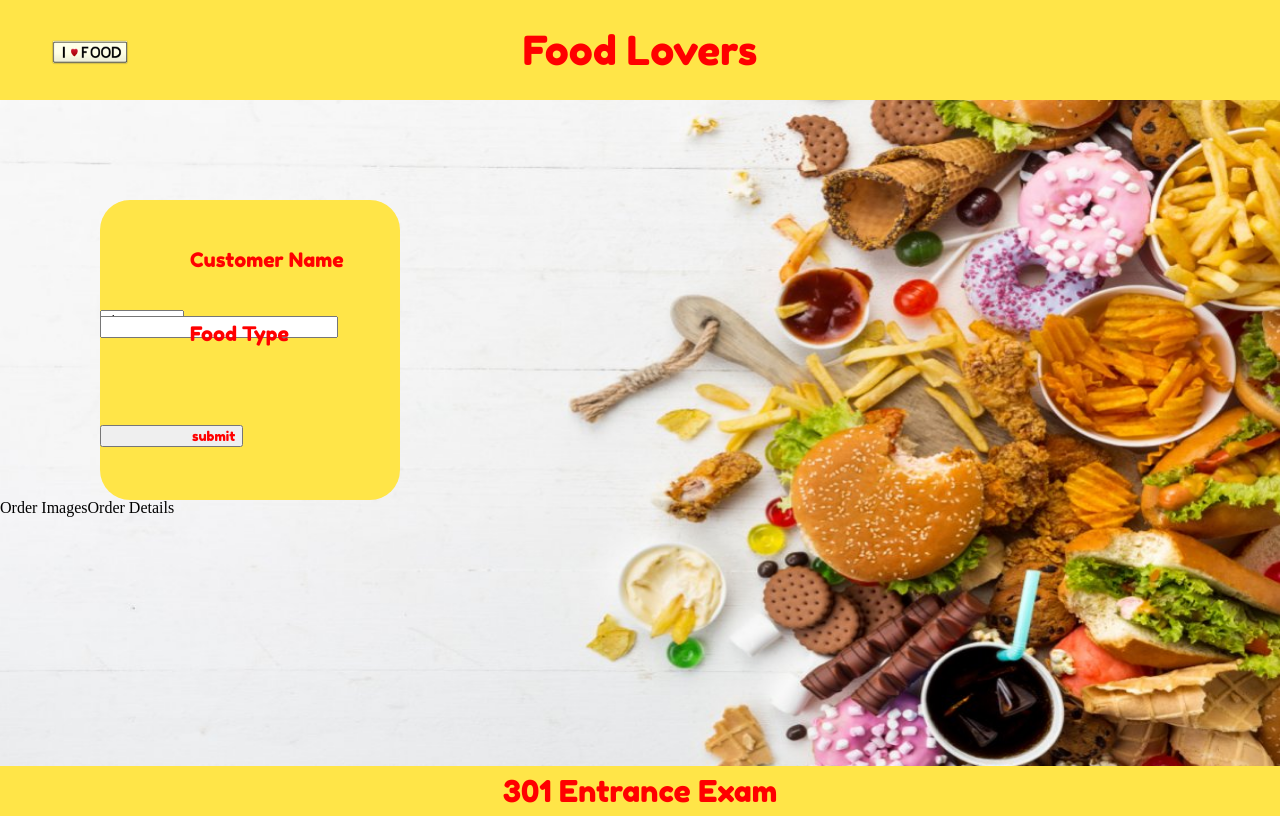
Repository: Razan-am/foodLovers
Page: index.html
These files come from the project's save history. The page is drawn as it stood at one moment and after a run of saves; the edit follows.
The browser window is 1280 px wide. The pictures show the whole page.

Above is the page before, as saved 2021-06-01 11:16:59.

### index.html
<!DOCTYPE html>
<html lang="en">

<head>
    <meta charset="UTF-8">
    <meta http-equiv="X-UA-Compatible" content="IE=edge">
    <meta name="viewport" content="width=device-width, initial-scale=1.0">
    <title>Food Lovers</title>
    <link rel="preconnect" href="https://fonts.gstatic.com">
    <link href="https://fonts.googleapis.com/css2?family=Fredoka+One&display=swap" rel="stylesheet">
    <link rel="stylesheet" href="css/reset.css">
    <link rel="stylesheet" href="css/style.css">
</head>

<body>
    <header>
        <h1>Food Lovers</h1>
        <img src="images/css images/logo.png" alt="logo">
    </header>
    <main>
        <form action="" id="myForm">
            <fieldset>
                <label for="name">Customer Name</label>
                <br/><br/>
                <input type="text" id="name" name="name">
                <br/><br/>
                <label for="food">Food Type</label>
                <br/><br/>
                <select name="food" id="food">
                    <option value="shawarma">shawarma</option>
                    <option value="pizza">pizza</option>
                    <option value="burger">burger</option>
                </select>
                <br/><br/>
                <input type="submit" value="submit">
            </fieldset>
        </form>
        <table id="myTable">
            <tr>
                <th>Order Images</th>
                <th>Order Details</th>
            </tr>
        </table>
        <img src="images/css images/background.jpg" alt="backGround">
    </main>
    <footer>
        <p>301 Entrance Exam </p>
    </footer>
    <script src="js/app.js"></script>
</body>

</html>

### css/style.css
*{
    box-sizing: border-box;
}
header{
    background-color: rgba(255, 229, 72, 255);
    height: 100px;
}
h1{
    font-family: 'Fredoka One', cursive;
    color: red;
    text-align: center;
    font-size: 40px;
    font-weight: lighter;
    padding-top: 30px;
}

header img{
    top: 2px;
    left: 30px;
    position: absolute;
    width: 120px;
    height: 100px;
}
main img{
    top: 50px;
    position: absolute;
    z-index: -1;
    width: 100%;
    height: 100%;
}
form{
    display: inline-block;
    background-color:  rgba(255, 229, 72, 255);
    margin-top: 100px;
    margin-left: 100px;
    width: 300px;
    height: 300px;
    border-radius: 30px;
}
form label{
    top: 50px;
    position: relative;
    padding-left: 90px;
    font-size: 20px;
    color: red;
    font-family: 'Fredoka One', cursive;
}
form input{
    top: 80px;
    position: relative;
    padding-left: 90px;
    /* font-size: 20px; */
    color: red;
    font-family: 'Fredoka One', cursive;
}
table img{
    width: 50px;
    height: 50px;
}
table p{
    color: black;
    font-family: 'Fredoka One', cursive;
}
footer{
    background-color: rgba(255, 229, 72, 255);
    margin-top: 250px;
    height: 50px;
}
footer p{
    text-align: center;
    color: red;
    font-size: 30px;
    padding-top: 10px;
    font-family: 'Fredoka One', cursive;
}

### js/app.js
'use strict';

let myForm = document.getElementById('myForm');
let myTable = document.getElementById('myTable');


let mainArr = [];
function Foods(userName,foodType){
    this.userName=userName;
    this.foodType=foodType;
    this.img=`images/${foodType}.jpg`
    mainArr.push(this);
}
console.log(mainArr);

myForm.addEventListener('submit',handleEvent);
function handleEvent(event){
    event.preventDefault();

    let userName = event.target.name.value;
    let foodType = event.target.food.value;
    console.log(foodType);
    new Foods(userName,foodType);
    setting();
    render();
}

function randomNumber(min,max){
    min = Math.ceil(min);
    max = Math.floor(max);
    return Math.floor(Math.random() * (max - min) + min)
}

function render(){
    let tBody = document.createElement('tr');
    myTable.appendChild(tBody);

    for (let index = 0; index < mainArr.length; index++) {
        tBody.textContent='';

        let td1 = document.createElement('td');
        tBody.appendChild(td1);

        let imgEl = document.createElement('img');
        td1.appendChild(imgEl);
        imgEl.setAttribute('src', mainArr[index].img);

        let td2 = document.createElement('td');
        tBody.appendChild(td2);

        let pEl1 = document.createElement('p');
        td2.appendChild(pEl1);
        pEl1.textContent=`Customer Name:${mainArr[index].userName}`;
        let pEl2 = document.createElement('p');
        td2.appendChild(pEl2);
        pEl2.textContent=`Food Type:${mainArr[index].foodType}`;
        let pEl3 = document.createElement('p');
        td2.appendChild(pEl3);
        pEl3.textContent=`Food Price:${randomNumber(1,100)}`;


    }
}

function setting(){
    let data = JSON.stringify(mainArr);
    localStorage.setItem('information',data);
}

function getting(){
    let stringObj = localStorage.getItem('information');
    let normalObj = JSON.parse(stringObj);

    if(normalObj !== null){
        mainArr = normalObj;
    }
    render();
}
getting();

Loaded but not shown: css/reset.css (common file)

After the next 2 saves:
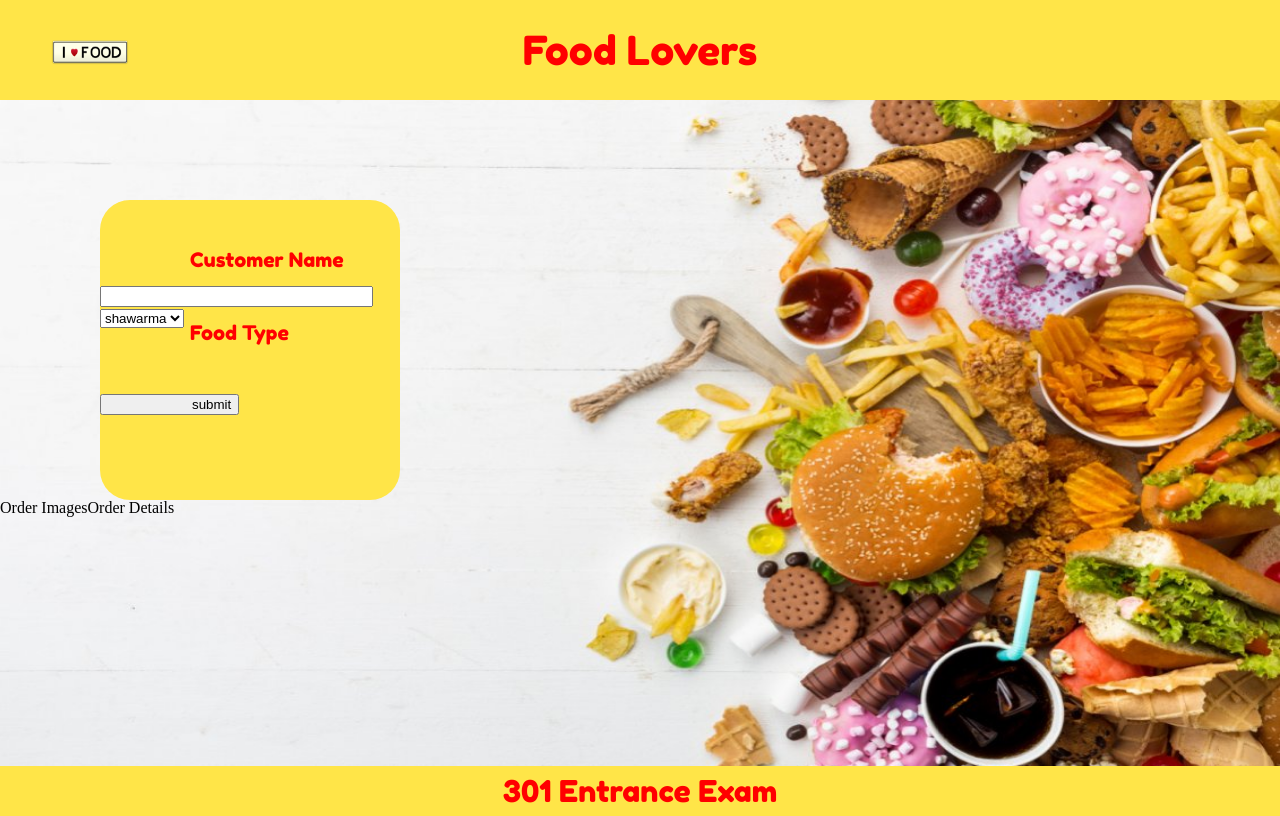
The 2 saves are shown as one change because they came seconds apart.
The last was saved 15 s later.
--- a/css/style.css
+++ b/css/style.css
@@ -46,12 +46,9 @@ form label{
     font-family: 'Fredoka One', cursive;
 }
 form input{
-    top: 80px;
+    top: 50px;
     position: relative;
     padding-left: 90px;
-    /* font-size: 20px; */
-    color: red;
-    font-family: 'Fredoka One', cursive;
 }
 table img{
     width: 50px;
